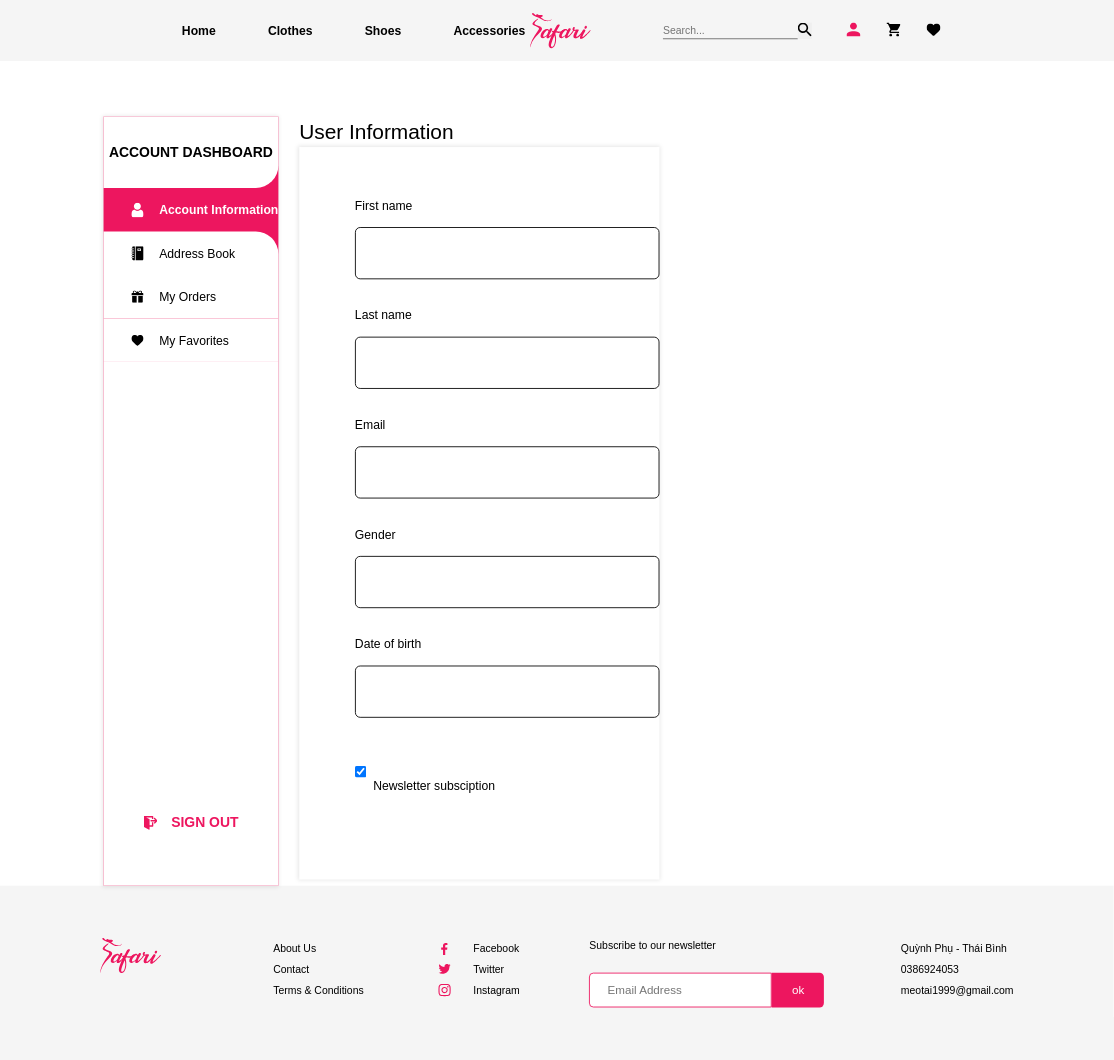
Repository: tboy1999/safari
Page: views/user.html
An editor plug-in stored every save of this project. The page is shown before and after the next save, followed by the edit.
The browser window is 1280 px wide. The pictures show the whole page, at 87% of full size.
Some web libraries are served in a nearby version. The style sheet was rebuilt from its Sass, Less or Tailwind sources for each picture, by a compiler version that may differ from the author's.

Above is the page before, as saved 2022-04-28 16:10:31.

### views/user.html
<!DOCTYPE html>
<html lang="en">
<head>
  <meta charset="UTF-8">
  <meta http-equiv="X-UA-Compatible" content="IE=edge">
  <meta name="viewport" content="width=device-width, initial-scale=1.0">
  <title>user</title>
  <link rel="shortcut icon" href="./image/logo/Logo.svg" type="image/x-icon">
  <link rel="preconnect" href="https://fonts.googleapis.com">
  <link rel="preconnect" href="https://fonts.gstatic.com" crossorigin>
  <link rel="stylesheet" href="https://cdnjs.cloudflare.com/ajax/libs/font-awesome/6.1.1/css/all.min.css" integrity="sha512-KfkfwYDsLkIlwQp6LFnl8zNdLGxu9YAA1QvwINks4PhcElQSvqcyVLLD9aMhXd13uQjoXtEKNosOWaZqXgel0g==" crossorigin="anonymous" referrerpolicy="no-referrer" />
  <link rel="stylesheet" href="../css/grid.css">
  <link rel="stylesheet" href="../css/user.css">
</head>
<body>
  <header id="header" class="header">
    <div class="container">
      <div class="header__container facenter">
        <ul class="header__list facenter fz14-fw600">
          <li class="header__item"><a href="../index.html" class="header__link">Home</a></li>
          <li class="header__item"><a href="./clothes.html" class="header__link">Clothes</a></li>
          <li class="header__item"><a href="./shoes.html" class="header__link">Shoes</a></li>
          <li class="header__item"><a href="./accessories.html" class="header__link">Accessories</a></li>
        </ul>
        <form class="header__search facenter">
          <input type="text" placeholder="Search..." class="fz12">
          <button type="submit"><img src="../image/header/search.svg" alt=""></button>
        </form>
        <div class="header__feature facenter">
          <a href="#" class="header__feature--active">
            <svg width="16" height="16" viewBox="0 0 16 16" fill="inherit" xmlns="http://www.w3.org/2000/svg">
            <path d="M8 0C9.06087 0 10.0783 0.421427 10.8284 1.17157C11.5786 1.92172 12 2.93913 12 4C12 5.06087 11.5786 6.07828 10.8284 6.82843C10.0783 7.57857 9.06087 8 8 8C6.93913 8 5.92172 7.57857 5.17157 6.82843C4.42143 6.07828 4 5.06087 4 4C4 2.93913 4.42143 1.92172 5.17157 1.17157C5.92172 0.421427 6.93913 0 8 0ZM8 10C12.42 10 16 11.79 16 14V16H0V14C0 11.79 3.58 10 8 10Z"/>
            </svg>
          </a>
          <a href="./cart.html">
            <svg width="16" height="16" viewBox="0 0 16 16" fill="inherit" xmlns="http://www.w3.org/2000/svg">
              <path d="M12.8 12.8C11.912 12.8 11.2 13.512 11.2 14.4C11.2 14.8243 11.3686 15.2313 11.6686 15.5314C11.9687 15.8314 12.3757 16 12.8 16C13.2243 16 13.6313 15.8314 13.9314 15.5314C14.2314 15.2313 14.4 14.8243 14.4 14.4C14.4 13.9757 14.2314 13.5687 13.9314 13.2686C13.6313 12.9686 13.2243 12.8 12.8 12.8ZM0 0V1.6H1.6L4.48 7.672L3.392 9.632C3.272 9.856 3.2 10.12 3.2 10.4C3.2 10.8243 3.36857 11.2313 3.66863 11.5314C3.96869 11.8314 4.37565 12 4.8 12H14.4V10.4H5.136C5.08296 10.4 5.03209 10.3789 4.99458 10.3414C4.95707 10.3039 4.936 10.253 4.936 10.2C4.936 10.16 4.944 10.128 4.96 10.104L5.68 8.8H11.64C12.24 8.8 12.768 8.464 13.04 7.976L15.904 2.8C15.96 2.672 16 2.536 16 2.4C16 2.18783 15.9157 1.98434 15.7657 1.83431C15.6157 1.68429 15.4122 1.6 15.2 1.6H3.368L2.616 0H0ZM4.8 12.8C3.912 12.8 3.2 13.512 3.2 14.4C3.2 14.8243 3.36857 15.2313 3.66863 15.5314C3.96869 15.8314 4.37565 16 4.8 16C5.22435 16 5.63131 15.8314 5.93137 15.5314C6.23143 15.2313 6.4 14.8243 6.4 14.4C6.4 13.9757 6.23143 13.5687 5.93137 13.2686C5.63131 12.9686 5.22435 12.8 4.8 12.8Z"/>
            </svg>
          </a>
          <a href="#">
            <svg width="16" height="15" viewBox="0 0 16 15" fill="inherit"
            xmlns="http://www.w3.org/2000/svg">
              <path d="M14.7307 1.39307C13.9025 0.494751 12.766 0 11.5304 0C10.6068 0 9.76099 0.291992 9.01636 0.867798C8.64062 1.15845 8.30017 1.51404 8 1.92908C7.69995 1.51416 7.35938 1.15845 6.98352 0.867798C6.23901 0.291992 5.39319 0 4.4696 0C3.23401 0 2.09741 0.494751 1.26917 1.39307C0.450806 2.28088 0 3.49377 0 4.80847C0 6.16162 0.504272 7.40027 1.58691 8.70667C2.55542 9.87524 3.94739 11.0615 5.55933 12.4352C6.10974 12.9043 6.73364 13.436 7.38147 14.0024C7.55261 14.1523 7.77222 14.2349 8 14.2349C8.22766 14.2349 8.44739 14.1523 8.61829 14.0027C9.26611 13.4362 9.89038 12.9042 10.441 12.4348C12.0527 11.0614 13.4447 9.87524 14.4132 8.70654C15.4958 7.40027 16 6.16162 16 4.80835C16 3.49377 15.5492 2.28088 14.7307 1.39307Z"/>
            </svg>
          </a>
        </div>
        <div class="header__logo">
          <a href="../index.html"><img src="../image/logo/Logo.svg" alt=""></a>
        </div>
      </div>
    </div>
  </header>

  <main id="user" class="user">
    <div class="container">
      <div class="user__container">
        <div class="row">
          <div class="col xxl-3">
            <div class="user__list flex-column">
              <div class="user__item fz16-fw800 user__item--prev">ACCOUNT DASHBOARD</div>
              <div class="user__item user__tag facenter gap18 fz14 user__item--active">
                <svg width="14" height="17" viewBox="0 0 14 17" fill="inherit" xmlns="http://www.w3.org/2000/svg">
                  <path d="M6.89428 8.08322C8.00476 8.08322 8.96635 7.68493 9.75204 6.89912C10.5377 6.11343 10.936 5.15209 10.936 4.04148C10.936 2.93125 10.5377 1.96979 9.75191 1.18384C8.9661 0.398284 8.00463 0 6.89428 0C5.78366 0 4.82233 0.398284 4.03664 1.18397C3.25095 1.96966 2.85254 2.93112 2.85254 4.04148C2.85254 5.15209 3.25095 6.11356 4.03677 6.89924C4.82258 7.6848 5.78405 8.08322 6.89428 8.08322Z"/>
                  <path d="M13.9661 12.9033C13.9434 12.5764 13.8976 12.2197 13.8301 11.843C13.762 11.4636 13.6743 11.1049 13.5693 10.777C13.4609 10.4381 13.3134 10.1034 13.1311 9.78274C12.9419 9.44988 12.7196 9.16003 12.4702 8.92152C12.2094 8.672 11.8902 8.47139 11.5209 8.32506C11.153 8.17949 10.7452 8.10575 10.3091 8.10575C10.1378 8.10575 9.97209 8.17603 9.65216 8.38433C9.45526 8.51274 9.22494 8.66125 8.96787 8.8255C8.74805 8.96556 8.45026 9.09679 8.08245 9.21559C7.72359 9.33171 7.35924 9.3906 6.99962 9.3906C6.63999 9.3906 6.27576 9.33171 5.91653 9.21559C5.5491 9.09692 5.25131 8.96569 5.03175 8.82563C4.77711 8.66291 4.54666 8.5144 4.34682 8.3842C4.02727 8.17591 3.86148 8.10562 3.69018 8.10562C3.25387 8.10562 2.84624 8.17949 2.47843 8.32518C2.10946 8.47126 1.79004 8.67187 1.529 8.92165C1.27973 9.16029 1.05736 9.45001 0.868391 9.78274C0.686212 10.1034 0.538727 10.438 0.430163 10.7771C0.32531 11.105 0.237614 11.4636 0.169505 11.843C0.102036 12.2192 0.0562028 12.576 0.0335425 12.9037C0.0112662 13.2248 0 13.5581 0 13.8946C0 14.7706 0.278453 15.4797 0.827551 16.0027C1.36986 16.5188 2.08744 16.7806 2.96006 16.7806H11.0399C11.9126 16.7806 12.6299 16.5189 13.1723 16.0027C13.7215 15.4801 14 14.7708 14 13.8945C13.9999 13.5564 13.9885 13.2229 13.9661 12.9033Z"/>
                  </svg>

                Account Information
              </div>
              <div class="user__item user__tag facenter gap18 fz14 user__item--next">
                <svg width="14" height="17" viewBox="0 0 14 17" fill="inherit" xmlns="http://www.w3.org/2000/svg">
                  <path d="M1.00448 5.0538H0.470852C0.210816 5.0538 0 5.26462 0 5.52465C0 5.78469 0.210816 5.99551 0.470852 5.99551H1.00448V5.0538Z"/>
                  <path d="M1.00448 12.5874H0.470852C0.210816 12.5874 0 12.7982 0 13.0583C0 13.3183 0.210816 13.5291 0.470852 13.5291H1.00448V12.5874Z"/>
                  <path d="M1.00448 10.0762H0.470852C0.210816 10.0762 0 10.287 0 10.5471C0 10.8071 0.210816 11.0179 0.470852 11.0179H1.00448V10.0762Z"/>
                  <path d="M1.00448 7.56503H0.470852C0.210816 7.56503 0 7.77585 0 8.03588C0 8.29592 0.210816 8.50674 0.470852 8.50674H1.00448V7.56503Z"/>
                  <path d="M1.00448 2.5426H0.470852C0.210816 2.5426 0 2.75342 0 3.01345C0 3.27349 0.210816 3.48431 0.470852 3.48431H1.00448V2.5426Z"/>
                  <path d="M4.01834 0H2.41744C1.63856 0 1.00488 0.633673 1.00488 1.41256V2.5426H2.48022C2.74025 2.5426 2.95107 2.75342 2.95107 3.01345C2.95107 3.27349 2.74025 3.4843 2.48022 3.4843C2.05168 3.4843 1.466 3.4843 1.00488 3.4843V5.05381H2.48022C2.74025 5.05381 2.95107 5.26463 2.95107 5.52466C2.95107 5.7847 2.74025 5.99552 2.48022 5.99552C1.71562 5.99552 2.16255 5.99552 1.00488 5.99552V7.56502H2.48022C2.74025 7.56502 2.95107 7.77584 2.95107 8.03587C2.95107 8.29591 2.74025 8.50673 2.48022 8.50673C2.05168 8.50673 1.466 8.50673 1.00488 8.50673V10.0762H2.48022C2.74025 10.0762 2.95107 10.287 2.95107 10.5471C2.95107 10.8071 2.74025 11.0179 2.48022 11.0179C1.71562 11.0179 2.16255 11.0179 1.00488 11.0179V12.5874H2.48022C2.74025 12.5874 2.95107 12.7983 2.95107 13.0583C2.95107 13.3183 2.74025 13.5291 2.48022 13.5291C2.05168 13.5291 1.466 13.5291 1.00488 13.5291V14.6592C1.00488 15.4381 1.63856 16.0717 2.41744 16.0717H4.01834V0Z"/>
                  <path d="M7.94141 3.48431H10.0759V4.55158H7.94141V3.48431Z"/>
                  <path d="M12.5878 0H4.95996V16.0717H12.5878C13.3666 16.0717 14.0003 15.4381 14.0003 14.6592V1.41256C14.0003 0.633673 13.3666 0 12.5878 0ZM11.0183 5.02242C11.0183 5.28246 10.8074 5.49327 10.5474 5.49327H7.47117C7.21114 5.49327 7.00032 5.28246 7.00032 5.02242V3.01345C7.00032 2.75342 7.21114 2.5426 7.47117 2.5426H10.5474C10.8074 2.5426 11.0183 2.75342 11.0183 3.01345V5.02242Z"/>
                  </svg>

                Address Book
              </div>
              <div class="user__item user__tag facenter gap18 fz14">
                <svg width="14" height="14" viewBox="0 0 14 14" fill="inherit" xmlns="http://www.w3.org/2000/svg">
                  <path d="M13.0869 2.71463H12.0679C12.2023 2.5019 12.291 2.2631 12.3163 2.01056C12.3971 1.20345 11.972 0.479938 11.2484 0.159169C10.5832 -0.135678 9.83572 -0.0151468 9.29746 0.473048L8.01066 1.63926C7.76006 1.36516 7.39981 1.1929 6.99999 1.1929C6.59946 1.1929 6.23863 1.36571 5.98797 1.64065L4.69953 0.472911C4.1604 -0.0152835 3.4132 -0.13535 2.74834 0.159333C2.02488 0.48013 1.59974 1.20389 1.68079 2.01097C1.70614 2.26332 1.79479 2.502 1.92918 2.71463H0.913033C0.408761 2.71463 0 3.12342 0 3.62766V4.99723C0 5.24934 0.204394 5.45376 0.45653 5.45376H13.5435C13.7956 5.45376 14 5.24936 14 4.99723V3.62766C14 3.12342 13.5912 2.71463 13.0869 2.71463ZM5.63042 2.56246V2.71463H3.48277C2.91533 2.71463 2.46875 2.18564 2.61048 1.59485C2.6729 1.33467 2.8607 1.11289 3.10359 1.00062C3.43713 0.846453 3.8066 0.895945 4.08673 1.1495L5.63081 2.54901C5.63072 2.55352 5.63042 2.55795 5.63042 2.56246ZM11.4104 1.88934C11.3763 2.36384 10.9477 2.71468 10.472 2.71468H8.36955V2.56252C8.36955 2.55713 8.36922 2.5518 8.36917 2.54641C8.71895 2.22933 9.47776 1.54158 9.88931 1.16853C10.1232 0.956539 10.4505 0.857582 10.753 0.947816C11.1872 1.07732 11.4421 1.44651 11.4104 1.88934Z"/>
                  <path d="M0.913086 6.36679V13.0624C0.913086 13.5667 1.32185 13.9755 1.82612 13.9755H6.08698V6.36679H0.913086Z"/>
                  <path d="M7.91309 6.36679V13.9755H12.1739C12.6782 13.9755 13.087 13.5667 13.087 13.0624V6.36679H7.91309Z"/>
                  </svg>

                My Orders
              </div>
              <div class="user__item user__tag facenter gap18 fz14">
                <svg width="14" height="13" viewBox="0 0 14 13" fill="inherit" xmlns="http://www.w3.org/2000/svg">
                  <path d="M12.8894 1.21893C12.1647 0.432907 11.1702 0 10.0891 0C9.28096 0 8.54086 0.255493 7.88931 0.759323C7.56055 1.01364 7.26265 1.32478 7 1.68794C6.73746 1.32489 6.43945 1.01364 6.11058 0.759323C5.45914 0.255493 4.71904 0 3.9109 0C2.82976 0 1.83524 0.432907 1.11052 1.21893C0.394455 1.99577 0 3.05705 0 4.20741C0 5.39142 0.441238 6.47523 1.38855 7.61833C2.23599 8.64084 3.45396 9.67883 4.86441 10.8808C5.34602 11.2913 5.89194 11.7565 6.45879 12.2521C6.60854 12.3833 6.80069 12.4555 7 12.4555C7.1992 12.4555 7.39146 12.3833 7.541 12.2523C8.10785 11.7566 8.65408 11.2912 9.13591 10.8805C10.5461 9.67873 11.7641 8.64084 12.6116 7.61823C13.5589 6.47523 14 5.39142 14 4.20731C14 3.05705 13.6055 1.99577 12.8894 1.21893Z"/>
                  </svg>
                My Favorites
              </div>
              <div class="user__item fz16"><img src="../image/user/checkout.svg" alt="">SIGN OUT</div>
            </div>
          </div>
          <div class="col xxl-9">
            <form action="">
              <h3 class="fz24">User Information</h3>
              <div class="form__account-infomation flex-column">
                <label for="first-name">First name</label>
                <input type="text" id="first-name">
                <label for="last-name">Last name</label>
                <input type="text" id="last-name">
                <label for="email">Email</label>
                <input type="text" id="email">
                <label for="create-password">Gender</label>
                <input type="text" id="create-password">
                <label for="confirm-password">Date of birth</label>
                <input type="text" id="confirm-password">
                <label class="facenter gap8">
                  <input type="checkbox" checked="checked">
                  Newsletter subsciption
                </label>
              </div>
            </form>
          </div>
        </div>
      </div>
    </div>
  </main>

  <footer class="footer">
    <div class="container">
      <div class="footer__container d-flex fz12">
        <div class="footer__logo">
          <a href="../index.html"><img src="../image/logo/Logo.svg" alt=""></a>
        </div>
        <div class="footer__body d-flex gap80">
          <ul class="footer__pages">
            <li class="footer__item fz12"><a href="#">About Us</a></li>
            <li class="footer__item fz12"><a href="#">Contact</a></li>
            <li class="footer__item fz12"><a href="#">Terms & Conditions</a></li>
          </ul>
          <ul class="footer__networks">
            <li class="footer__item facenter gap20">
              <div class="footer__icon flex-center">
                <a href="#" class="facenter"><img src="../image/footer/fb.svg" alt=""></a>
              </div>
              <p><a href="#">Facebook</a></p>
            </li>
            <li class="footer__item facenter gap20">
              <div class="footer__icon flex-center">
                <a href="#" class="facenter"><img src="../image/footer/twitter.svg" alt=""></a>
              </div>
              <p><a href="#">Twitter</a></p>
            </li>
            <li class="footer__item facenter gap20">
              <div class="footer__icon flex-center">
                <a href="#" class="facenter"><img src="../image/footer/instagram.svg" alt=""></a>
              </div>
              <p><a href="#">Instagram</a></p>
            </li>
          </ul>
          <div class="footer__input">
            <p>Subscribe to our newsletter</p>
            <form action="" class="facenter footer__form">
              <input type="text" placeholder="Email Address">
              <button type="submit">ok</button>
            </form>
          </div>
        </div>
        <div class="footer__info">
          <p>Quỳnh Phụ - Thái Bình</p>
          <p>0386924053</p>
          <p>meotai1999@gmail.com</p>
        </div>
      </div>
    </div>
  </footer>

  <script src="../js/user.js"></script>
</body>
</html>

### scss/user.scss
@import 'reset';
@import 'variable';
@import 'global';
@import 'alike';
@import 'header';
@import 'footer';

.user {
  margin-top: 134px;
  &__container {
    margin: 0 64px;
  }
  &__list {
    height: 884px;
    box-shadow: 0px 0px 5px 1px rgba(0, 0, 0, 0.1);
    background-color: $primary-color;
  }
  &__item {
    background-color: #fff;
    &.user__item--prev {
      border-radius: 0 0 26px 0;
    }
    &.user__item--next {
      border-radius: 0 26px 0 0;
    }
    &.user__item--active {
      background-color: transparent;
      color: #fff;
      fill: #fff;
      font-weight: 800;
    }
  }
  &__item:first-child {
    padding: 32px 0;
    text-align: center;
  }
  &__item:not(:first-child,:last-child) {
    padding: 16px 0 16px 32px ;
    cursor: pointer;
  }
  &__item:last-child {
    flex: 1;
    padding-bottom: 64px;
    display: flex;
    align-items: end;
    justify-content: center;
    gap: 16px;
    color: $primary-color;
    cursor: pointer;
  }
  .form__account-infomation {
    padding: 58px 0 46px 64px;
    background: #FFFFFF;
    box-shadow: 0px 0px 5px 1px rgba(0, 0, 0, 0.1);
    input {
      max-width: 350px;
      height: 60px;
      margin-bottom: 32px;
      border-radius: 6px;
      padding-left: 20px;
      font-size: 30px;
      border: 1px solid #000000;
    }
    label {
      font-weight: 400;
      font-size: 1.4rem;
      line-height: calc(18/14);
      margin-bottom: 16px;
    }
  }
}

### scss/_reset.scss
* {
  padding: 0;
  margin: 0;
  box-sizing: border-box;
}

html:focus-within {
  scroll-behavior: smooth;
}

a,
button {
  display: block;
  outline: none;
  border: none;
  text-decoration: none;
  color: inherit;
  cursor: pointer;
}

input {
  outline: none;
}

ul {
  list-style-type: none;
}

// img {
//   width: 100%;
//   height: 100%;
//   object-fit: cover;
// }

### scss/_variable.scss
$text-color: #686868;
$primary-color: #ED165F;

$header-background-color: #F5F5F5;
$footer-background-color: #F5F5F5;

### scss/_global.scss
html {
  font-size: 10px;
  line-height: 1;
  scroll-behavior: smooth !important;
}

body {
  font-family: 'Mulish', sans-serif;
}

body .auto-top {
  display: none;
  position: fixed;
  right: 50px;
  top: 50%;
  width: 60px;
  height: 50px;
  border: 1px solid #000000;
  border-radius: 5px;
  animation: autoTop 2s ease-in-out;
  animation-iteration-count: infinite;
}
@keyframes autoTop {
  from {
    transform: translateY(0)
  }
  to {
    transform: translateY(-20px)
  }
}

.facenter {
  display: flex;
  align-items: center;
}

.facb {
  display:flex;
  justify-content: space-between;
  align-items: center;
}

.flex-center {
  display: flex;
  justify-content: center;
  align-items: center;
}

.d-flex {
  display: flex;
  flex-wrap: wrap;
}

.flex-column {
  display: flex;
  flex-direction: column;
}

.gap64 {
  gap: 64px
}

.gap80 {
  gap: 0 80px
}

.gap32 {
  gap: 32px
}

.gap20 {
  gap: 0 20px
}

.gap18 {
  gap: 18px;
}

.gap16 {
  gap: 16px
}
.gap8 {
  gap: 8px
}

### scss/_alike.scss
.fz40 {
  font-weight: 700;
  font-size: 4rem;
  line-height: calc(24/40);
}

.fz30 {
  font-weight: 600;
  font-size: 30px;
}


.fz24 {
  font-weight: 400;
  font-size: 2.4rem;
  line-height: calc(35/24);
  &-fw600 {
    font-weight: 600;
    font-size: 2.4rem;
    line-height: calc(35/24);
  }
  &-fw800 {
    font-weight: 800;
    font-size: 2.4rem;
    line-height: calc(35/24);
  }
}

.fz20 {
  font-weight: 400;
  font-size: 2rem;
  line-height: calc(23/20);
  &-fw800 {
    font-weight: 800;
    font-size: 2rem;
    line-height: calc(23/20);
  }
  &-fw600 {
    font-weight: 600;
    font-size: 2rem;
    line-height: calc(23/20);
  }
}

.fz18 {
  font-weight: 800;
  font-size: 1.8rem;
  line-height: calc(24/18);
}

.fz16 {
  font-weight: 600;
  font-size: 1.6rem;
  line-height: calc(18/16);
  color: $text-color;
  &-fw800 {
    font-weight: 800;
    font-size: 1.6rem;
    line-height: calc(18/16);
  }
}

.fz14 {
  font-weight: 400;
  font-size: 1.4rem;
  line-height: calc(18/14);
  &-fw600 {
    font-weight: 600;
    font-size: 1.4rem;
    line-height: calc(18/14);
  }
}

.fz12 {
  font-weight: 400;
  font-size: 1.2rem;
  line-height: calc(18/12);
}

.fz10 {
  font-weight: 700;
  font-size: 1rem;
  line-height: calc(18/10);
}

### scss/_header.scss
.header {
  position: fixed;
  top: 0;
  left: 0;
  right: 0;
  z-index: 99999;
  background-color: $header-background-color;
  &__container {
    height: 70px;
    padding: 0 144px;
  }
  &__list {
    gap: 0 40px;
    flex: 1
  }
  &__search {
    input {
      border:none;
      border-bottom: 1px solid rgba(0, 0, 0, 0.5);
      color: rgba(0, 0, 0, 0.5);
      background-color: inherit;
    }
  }
  &__link {
    padding: 6px 10px;
    transition: all 0.2s linear;
    position: relative;
    &::after {
      content: "";
      position: absolute;
      width: 0;
      left: auto;
      right: 0;
      bottom: 0;
      height: 1px;
      transition: all 0.2s linear;
      background-color: red;
    }
    &:hover {
      color: $primary-color;
      &::after {
        width: 100%;
        right: auto;
        left: 0
      }
    }
    &.header__item--active {
      color: $primary-color;
      font-weight: 800;
      &::after {
        width: 100%;
      }
    }
  }
  &__feature {
    gap: 0 30px;
    margin-left: 40px;
    .header__feature--active {
      fill: $primary-color;
    }
  }
  &__logo {
    position: absolute;
    left: 47.57%;
    right: 47.57%;
    top: 21.43%;
    bottom: 20.93%;
  }
}

### scss/_footer.scss
.footer {
  background-color: $footer-background-color;
  &__container {
    padding: 60px;
  }
  &__pages {
    margin-left: 129px;
    a {
      padding: 3px 0;
    }
  }
  &__networks {
    a {
      padding: 3px 0
    }
  }
  &__icon {
    width: 26px
  }
  &__body {
    flex: 1
  }
  &__form {
    margin-top: 22px;
    width: 270px;
    height: 40px;
    border-radius: 5px;
    input {
      border: 1px solid $primary-color;
      padding: 0 0 0 20px;
      height: inherit;
      flex: 1;
      border-top-left-radius: 5px;
      border-bottom-left-radius: 5px;
    }
    button {
      width: 60px;
      height: inherit;
      background-color: $primary-color;
      color: #fff;
      border-top-right-radius: 5px;
      border-bottom-right-radius: 5px;
    }
  }
  &__info {
    p {
      padding: 3px 0
    }
  }
}

Loaded but not shown: js/user.js (16 lines, source omitted); css/grid.css (721 lines, source omitted)

After the next save:
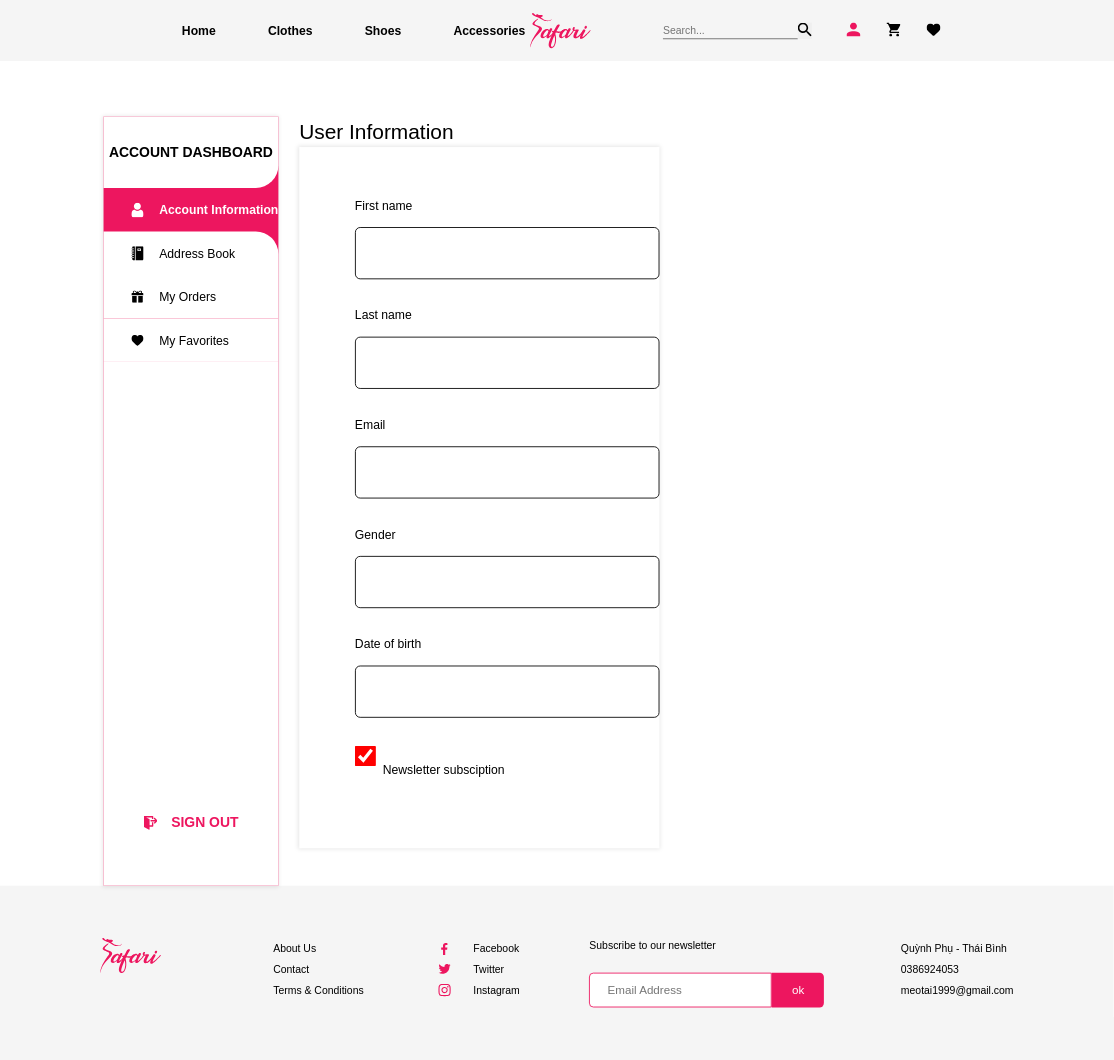
Saved 40 s later.
--- a/scss/user.scss
+++ b/scss/user.scss
@@ -61,6 +61,11 @@
       font-size: 30px;
       border: 1px solid #000000;
     }
+    input[type="checkbox"] {
+      width: 24px;
+      height: 24px;
+      accent-color: red;
+    }
     label {
       font-weight: 400;
       font-size: 1.4rem;
